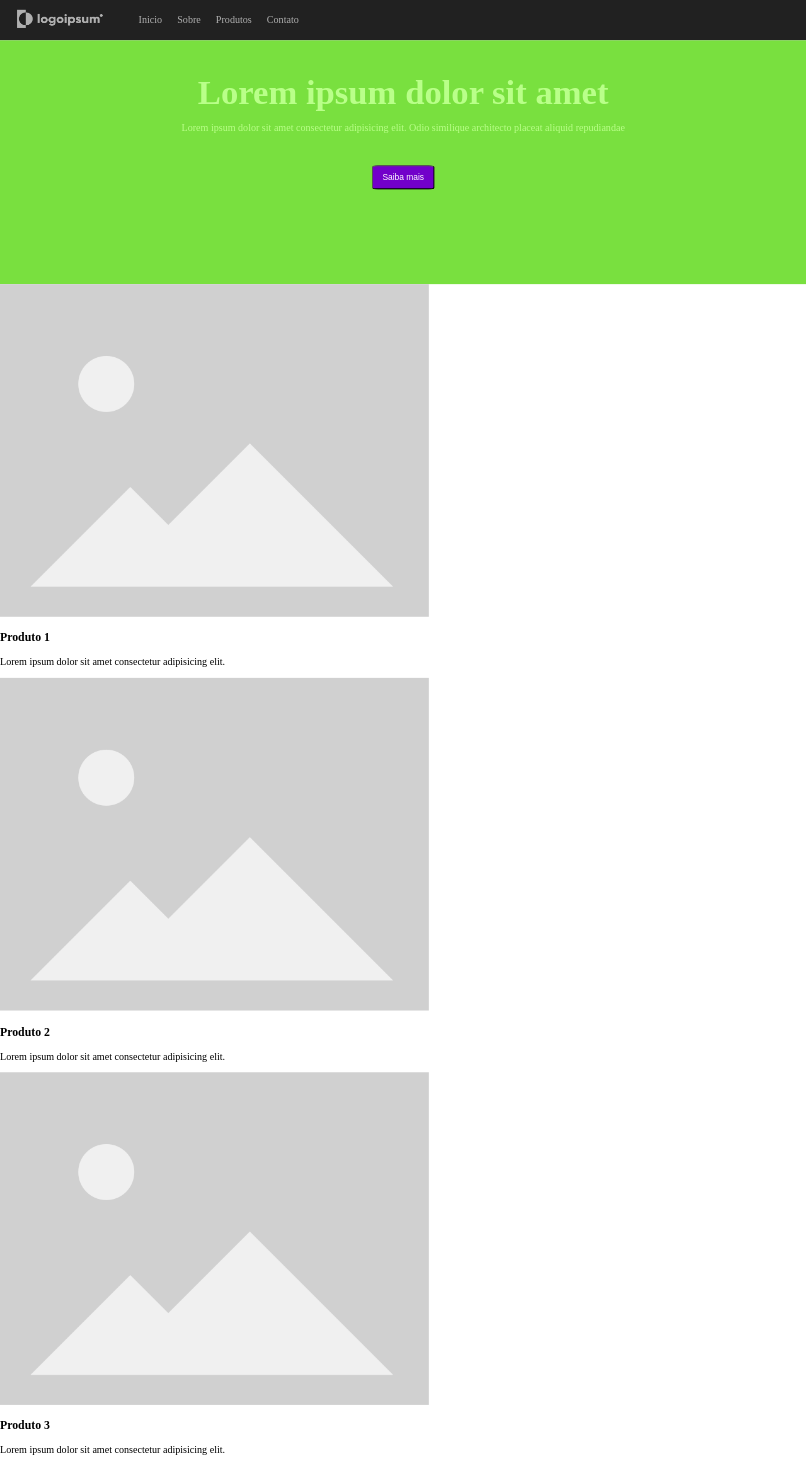
Repository: Carolden/SiteCrie_Ti
Page: index.html
An editor plug-in stored every save of this project. The page is shown before and after the next save, followed by the edit.
The browser window is 1280 px wide. The pictures show the whole page, at 63% of full size.

Above is the page before, as saved 2023-04-23 20:56:50.

After the next save:
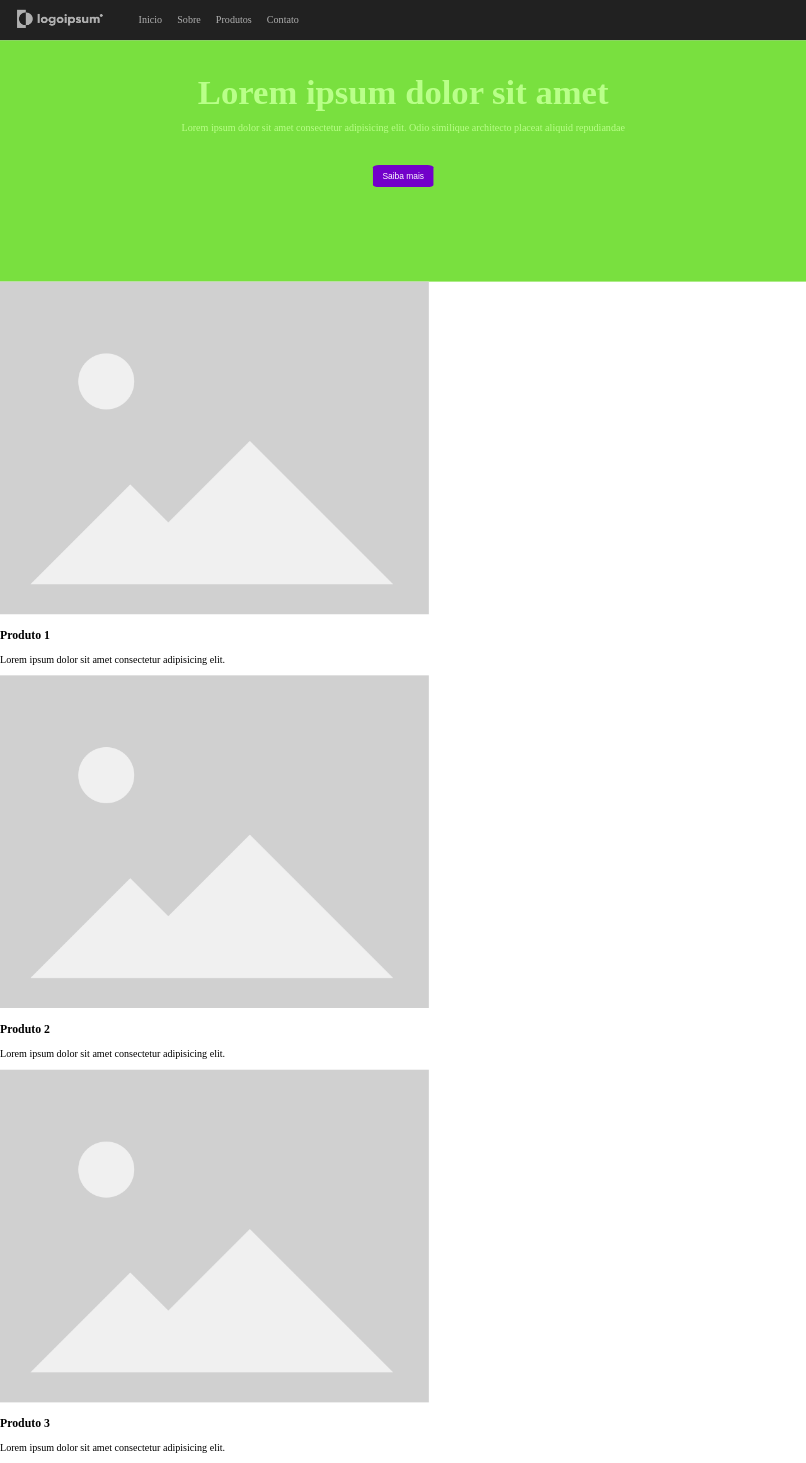
Saved 24 s later.
--- a/index.css
+++ b/index.css
@@ -46,6 +46,7 @@ button {
     padding-left: 15px;
     padding-right: 15px;
     border-radius: 10%;
+    border-style: hidden;
 }
 
 .banner h1 {
